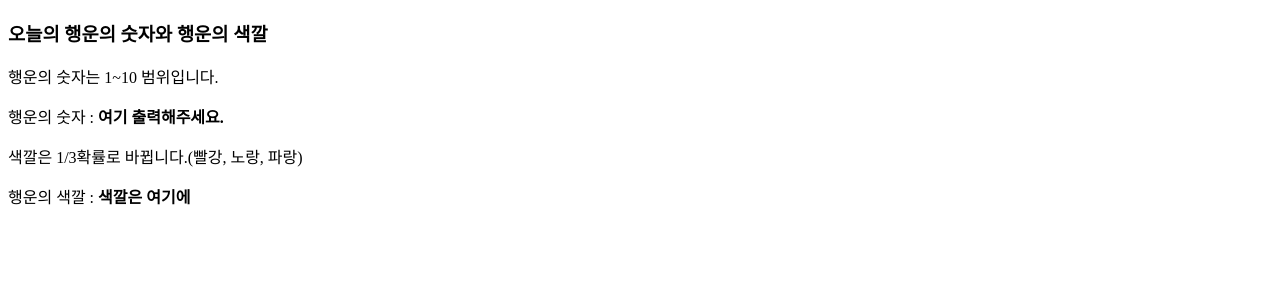
Repository: jjjjjjji-hun/jsp_practice
Page: http://localhost/JSPBasic/jspTag/TagQ01.jsp
These files come from the project's save history. The page is drawn as it stood at one moment and after the next save; the edit follows.
The browser window is 1280 px wide. The pictures show the whole page.
The page is served by Tomcat 9.

Above is the page before, as saved 2022-01-28 05:19:51.

### JSPBasic/src/main/webapp/jspTag/TagQ01.jsp
<%@ page language="java" contentType="text/html; charset=UTF-8"
    pageEncoding="UTF-8"%>
<!DOCTYPE html>
<html>
<head>
<meta charset="UTF-8">
<title>Insert title here</title>
</head>
<body>
<%!
	// Declaration 내부에 1 ~ 10범위의 난수를 리턴하는 메서드
	// int randomNumber() 를 선언해주세요.
	int randomNumber(){
		// 정수 1 ~ 10까지 발생시켜서 리턴하도록 로직 작성
		return (int)Math.random() * 11;
	}
	int randomColor(){
		return (int)Math.random() * 3;
	}
%>
	<h3>오늘의 행운의 숫자와 행운의 색깔</h3>
	<p>행운의 숫자는 1~10 범위입니다.</p>
	<p>행운의 숫자 : <b>여기 출력해주세요.</b></p>
	<p>색깔은 1/3확률로 바뀝니다.(빨강, 노랑, 파랑)</p>
	<p>행운의 색깔 : <b>색깔은 여기에</b></p>
</body>
</html>

After the next save:
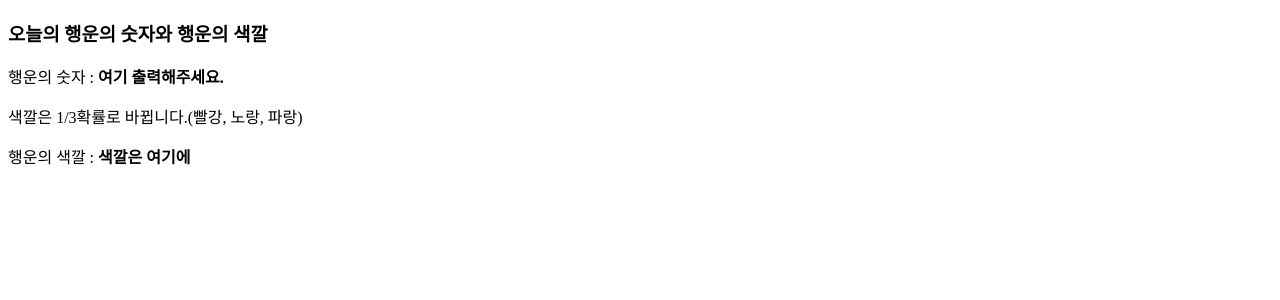
Saved 3 min 27 s later.
--- a/JSPBasic/src/main/webapp/jspTag/TagQ01.jsp
+++ b/JSPBasic/src/main/webapp/jspTag/TagQ01.jsp
@@ -19,7 +19,6 @@
 	}
 %>
 	<h3>오늘의 행운의 숫자와 행운의 색깔</h3>
-	<p>행운의 숫자는 1~10 범위입니다.</p>
 	<p>행운의 숫자 : <b>여기 출력해주세요.</b></p>
 	<p>색깔은 1/3확률로 바뀝니다.(빨강, 노랑, 파랑)</p>
 	<p>행운의 색깔 : <b>색깔은 여기에</b></p>

After the save that followed:
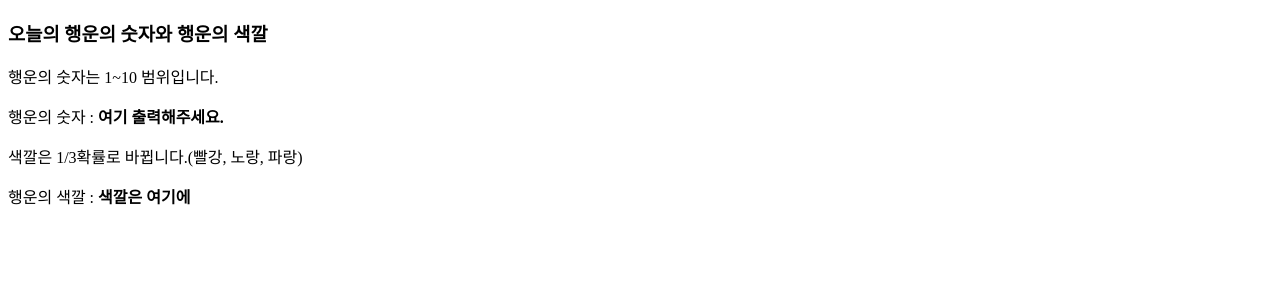
Saved 24 s later.
--- a/JSPBasic/src/main/webapp/jspTag/TagQ01.jsp
+++ b/JSPBasic/src/main/webapp/jspTag/TagQ01.jsp
@@ -19,6 +19,7 @@
 	}
 %>
 	<h3>오늘의 행운의 숫자와 행운의 색깔</h3>
+	<p>행운의 숫자는 1~10 범위입니다.</p>
 	<p>행운의 숫자 : <b>여기 출력해주세요.</b></p>
 	<p>색깔은 1/3확률로 바뀝니다.(빨강, 노랑, 파랑)</p>
 	<p>행운의 색깔 : <b>색깔은 여기에</b></p>
